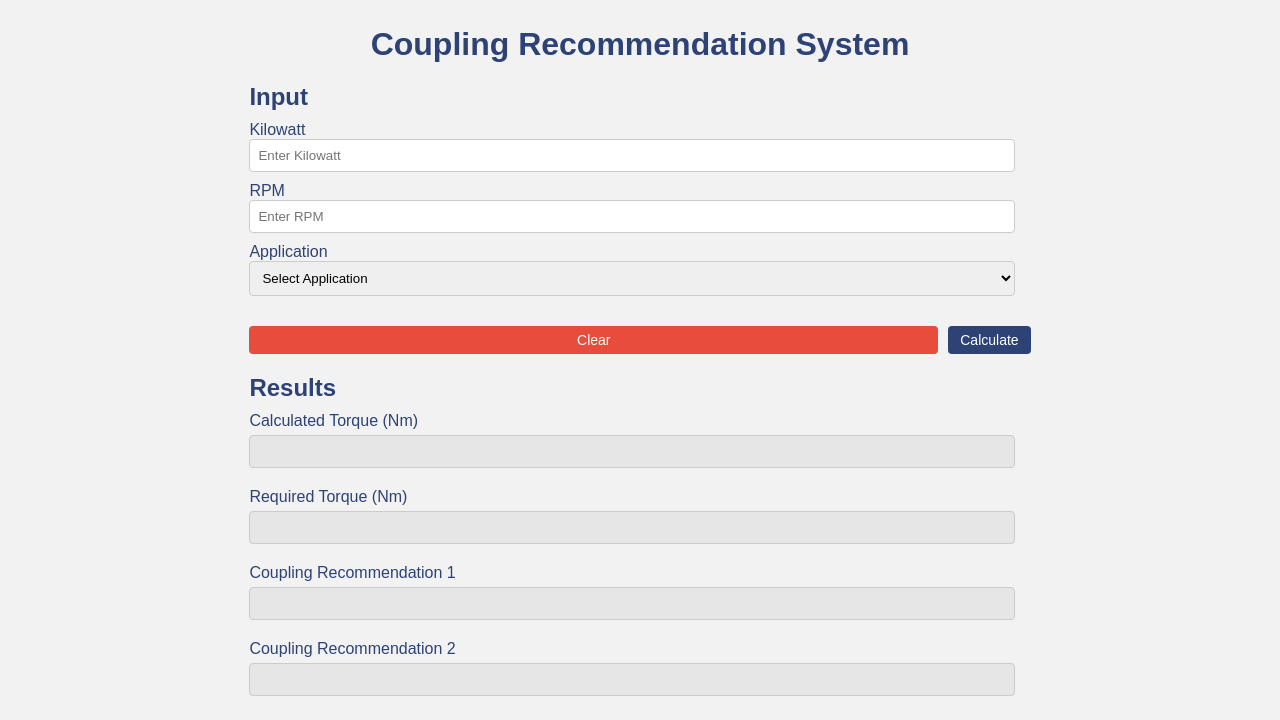
Repository: JustinSadie/calculator
Page: newIndex.html
The author's editor kept a copy of each file at every save. The page is drawn from the files as they stood at one save, then again after the next save.
The browser window is 1280 px wide. The pictures show the whole page.

Above is the page before, as saved 2024-08-25 16:02:43.

### newIndex.html
<!DOCTYPE html>
<html lang="en">
  <head>
    <meta charset="UTF-8" />
    <meta name="viewport" content="width=device-width, initial-scale=1.0" />
    <title>Coupling Recommendation</title>
    <link rel="stylesheet" href="newCSS.css" />
  </head>
  <body>
    <div class="coupling-calculator">
      <h1>Coupling Recommendation System</h1>

      <div class="input-section">
        <h2>Input</h2>
        <label for="kilowatt">Kilowatt</label>
        <input
          type="number"
          id="kilowatt"
          placeholder="Enter Kilowatt"
          required
        />

        <label for="rotationSpeed">RPM</label>
        <input
          type="number"
          id="rotationSpeed"
          placeholder="Enter RPM"
          required
        />

        <label for="application">Application</label>
        <select id="application">
          <option value="">Select Application</option>
          <option value="1.2">Centrifugal Pumps</option>
          <option value="1.2">Fans</option>
          <option value="1.2">Belt Conveyors</option>
          <option value="1.6">Hammermill</option>
          <option value="1.6">Bucket Elevator</option>
          <option value="1.6">Scraper Conveyor</option>
          <option value="2.4">Reciprocating Pump</option>
          <option value="2.4">Compressor(3Cyl or less)</option>
          <option value="2">Crusher</option>
          <option value="2">Calender</option>
          <option value="2">Shaker</option>
          <option value="2">Compressor(4 Cyl or more)</option>
          <option value="4">Steel Mill rolers Tables</option>
          <option value="4">Heavy Reversing Drives</option>
        </select>
        <input
          type="text"
          id="customApplication"
          placeholder="Enter Custom Application"
          style="display: none"
        />

        <div class="button-container">
          <button class="clear" onclick="clearFields()">Clear</button>
          <button onclick="displayResults()">Calculate</button>

        </div>
      </div>

      <div class="output-section">
        <h2>Results</h2>
        <div class="result">
          <label for="torqueResult">Calculated Torque (Nm)</label>
          <input type="text" id="torqueResult" readonly />
        </div>

        <div class="result">
          <label for="coupRat">Required Torque (Nm)</label>
          <input type="text" id="coupRat" readonly />
        </div>

        <div class="result">
          <label for="brCouplingSuggest1">Coupling Recommendation 1</label>
          <input type="text" id="brCouplingSuggest1" readonly />
        </div>

        <div class="result">
          <label for="brCouplingSuggest2">Coupling Recommendation 2</label>
          <input type="text" id="brCouplingSuggest2" readonly />
        </div>
      </div>

      <script src="Coupling generator copy.js"></script>
    </div>
  </body>
</html>

### newCSS.css
/* Overall page styling */
body {
  font-family: Arial, sans-serif;
  margin: 0;
  padding: 0;
  background-color: #f2f2f2;
  color: #2d4275;
  display: flex;
  justify-content: center;
  align-items: center;
  min-height: 100vh;
}

.coupling-caclulator {
  max-width: 50%; /* Make the container half the width of the page */
  margin: 0 auto;
  padding: 20px;
  background-color: #ffffff;
  box-shadow: 0 0 10px rgba(0, 0, 0, 0.1);
  border: 2px solid #2d4275; /* Add border around the container */
  border-radius: 8px;
  box-sizing: border-box; /* Include padding and border in the width */
}

h1 {
  color: #2d4275;
  text-align: center;
  margin-bottom: 20px;
}

/* Input section styling */
.input-section {
  margin-bottom: 20px;
}

.input-section h2 {
  color: #2d4275;
  margin-bottom: 10px;
}

input,
select {
  padding: 8px; /* Make the input fields smaller */
  margin-bottom: 10px;
  width: calc(100% - 16px); /* Adjust width to account for padding and borders */
  border: 1px solid #ccc;
  border-radius: 4px;
  box-sizing: border-box;
}

/* Container for buttons */
.button-container {
  display: grid;
  grid-template-columns: 1fr auto;
  gap: 10px;
  margin-top: 20px;
}

button {
  padding: 6px 12px; /* Adjust padding if needed */
  background-color: #2d4275;
  color: #ffffff;
  border: none;
  border-radius: 4px;
  cursor: pointer;
  font-size: 14px;

}

button:hover {
  background-color: #1a2a4f;
}

/* Small clear button styling */
button.clear {
  padding: 4px 8px; /* Smaller size for the clear button */
  background-color: #e74c3c; /* A red color for the clear button */
  color: #ffffff;
  border: none;
  border-radius: 4px;
  cursor: pointer;
  font-size: 14px; /* Smaller font size */
}

button.clear:hover {
  background-color: #c0392b; /* Darker red for hover effect */
}


/* Output section styling */
.output-section {
  margin-top: 20px;
}

.output-section h2 {
  color: #2d4275;
  margin-bottom: 10px;
}

.result {
  margin-bottom: 10px;
}

.result label {
  display: block;
  margin-bottom: 5px;
  color: #2d4275;
}

.result input {
  padding: 8px; /* Make the output fields smaller */
  border: 1px solid #ccc;
  border-radius: 4px;
  width: calc(100% - 16px); /* Adjust width to account for padding and borders */
  box-sizing: border-box;
  background-color: #f9f9f9;
}

.result input[readonly] {
  background-color: #e6e6e6;
  cursor: not-allowed;
}

### Coupling generator copy.js
lst = [97,128, 164, 187, 215, 255, 271, 314, 355, 428,
    471, 517, 618, 679, 706, 868, 889, 900,
    1089, 1227, 1296, 1392, 1427, 1641, 1768, 2081,
    2150, 2398, 2551, 2837, 3134, 3343, 3536, 3787,
    4274, 4873, 4963, 5326, 5860, 6645, 6721, 6978,
    7234, 8443, 8806, 9071, 9864, 10172, 10811, 11063,
    12835, 13359, 13870, 14165, 16126, 17502, 18434,
    20135, 20684, 21989, 24153, 28155, 28166, 29107,
    35206, 35584, 38136, 38177, 45784, 48006, 50019,
    52525, 55588, 58182, 68818, 72908, 75800, 79879,
    86627, 99418, 100312, 104658, 136282, 136785,
    152552, 178422, 208020, 234914, 366843
]


const bearingData = {
  black: {
    sizes: [97, 164, 271, 471, 679, 1089, 1641, 2551, 3787, 5326, 6721, 8443, 10811, 18434, 29107, 38177, 52525, 79879],
  },
  yellow: {
    sizes: [128, 215, 355, 618, 889, 1427, 2150, 3343, 4963, 6978, 8806, 11063, 14165, 24153, 38136, 50019, 68818, 104658],
  },
  blue: {
    sizes: [187, 314, 517, 900, 1296, 2081, 3134, 4873, 7234, 10172, 12835, 16126, 20684, 35206, 55588, 72908, 100312, 152552],
  },
  green: {
    sizes: [255, 428, 706, 1227, 1768, 2837, 4274, 6645, 9864, 13870, 17502, 21989, 28155, 48006, 75800, 99418, 136785, 208020],
  },
  red: {
    sizes: [517, 868, 1392, 2398, 3536, 5860, 9071, 13359, 20135, 28166, 35584, 45784, 58182, 86627, 136282, 178422, 234914, 366843],
  },
};

const sizeIndex = {
    "BR_95" : 0,
   "BR_115" : 1,
   "BR_135" : 2,
   "BR_155" : 3,
   "BR_179" : 4,
   "BR_206" : 5,
   "BR_236" : 6,
   "BR_276" : 7,
   "BR_306" : 8,
   "BR_336" : 9,
   "BR_366" : 10,
   "BR_406" : 11,
   "BR_446" : 12,
   "BR_506" : 13,
   "BR_556" : 14,
   "BR_636" : 15,
   "BR_716" : 16,
   "BR_826" : 17,
}


function calculateTorque(){
    var kilowatt = document.getElementById("kilowatt").value;
    var rotationSpeed = document.getElementById("rotationSpeed").value;
    var torque = ((kilowatt *  9550)/rotationSpeed);
    torqueResult = torque.toFixed(2) + " (Nm)";
    return {
        torqueresultText: torqueResult,
        torqueResultNumeric: torque,
    };

}

function getSafetyFactorValue(){
    var serviceFactor = document.getElementById("application").value;
    var customServiceFactor = document.getElementById("customApplication").value.trim();

    if (customServiceFactor) {
        return customServiceFactor;
    } else if (serviceFactor && serviceFactor !== "default") {
        return serviceFactor;
    } else {
        throw new Error("Please select an application or enter a custom application.");
    }
};


function calculateAndSetCouplingRating() {
    try {
        var torque = calculateTorque().torqueResultNumeric;
        var serviceFactor = getSafetyFactorValue();

        if (isNaN(serviceFactor)) {
            throw new Error("Invalid service factor input");
        }
        var couplingRating = Math.round(torque * serviceFactor);
        var couplingRatingResult = couplingRating + " (Nm)";

        return {
            couplingRatingText: couplingRatingResult,
            couplingRatingNumeric: couplingRating,
        };
    } catch (error) {
        console.error("Error in calculateAndSetCouplingRating:", error.message);
        return {
            error: error.message,
        };
    }
}



function nextNearestValue() {

    x = calculateAndSetCouplingRating().couplingRatingNumeric;

    for(const elem of lst){
        if(x <= elem) {
            const nextIndex = lst.indexOf(elem) + 1;
            if (nextIndex < lst.length) {
                return {
                    firstRecommendation : elem,
                    secondrecommendation : lst[nextIndex],
                };
            }
        }
    }
    return {
        firstRecommendation : elem,
        secondrecommendation : "none",
    }
}

function safetyFactor(nnv,torque){
    return (nnv/torque).toFixed(2);
}

function findColorAndSize(value) {
    for (const color in bearingData) {
      const sizes = bearingData[color].sizes;
      const index = sizes.indexOf(value);
      if (index !== -1) {
        const sizeKey = Object.keys(sizeIndex).find((key) => sizeIndex[key] === index);
        return {
          color: color,
          size: sizeKey,
        };
      }
    }
    return null;
}



function displayResults(){
    var newVal = calculateAndSetCouplingRating();
    document.getElementById('torqueResult').value=calculateTorque().torqueresultText;
    document.getElementById('coupRat').value=calculateAndSetCouplingRating().couplingRatingText;

    document.getElementById('brCouplingSuggest1').value=findColorAndSize(nextNearestValue().firstRecommendation).size + " - " + findColorAndSize(nextNearestValue().firstRecommendation).color;
    document.getElementById('brCouplingSuggest2').value=findColorAndSize(nextNearestValue().secondrecommendation).size + " - " + findColorAndSize(nextNearestValue().secondrecommendation).color;
    document.getElementById('sfCouplingSuggest1').value=safetyFactor(nextNearestValue().firstRecommendation, calculateTorque().torqueResultNumeric);
    document.getElementById('sfCouplingSuggest2').value=safetyFactor(nextNearestValue().secondrecommendation, calculateTorque().torqueResultNumeric);
}


function clearTable(){
    document.getElementById('kilowatt').value="";
    document.getElementById('rotationSpeed').value="";
    document.getElementById('serviceFactor').value="";
    document.getElementById('torqueResult').value="";
    document.getElementById('coupRat').value="";
    document.getElementById('brCouplingSuggest1').value="";
    document.getElementById('brCouplingSuggest2').value="";
}

function validateInput(inputId) {
    var inputElement = document.getElementById(inputId);
    var inputValue = inputElement.value.trim();

    if (inputValue === "") {
        alert("Input cannot be empty.");
        return false;
    }

    if (!/^\d+$/.test(inputValue)) {
        alert("Input must contain only numbers.");
        return false;
    }

    return true;
}

function validateForm() {
    if (!validateInput("kilowatt") || !validateInput("rotationSpeed")) {
        return false;
    }
    return true;
}

After the next save:
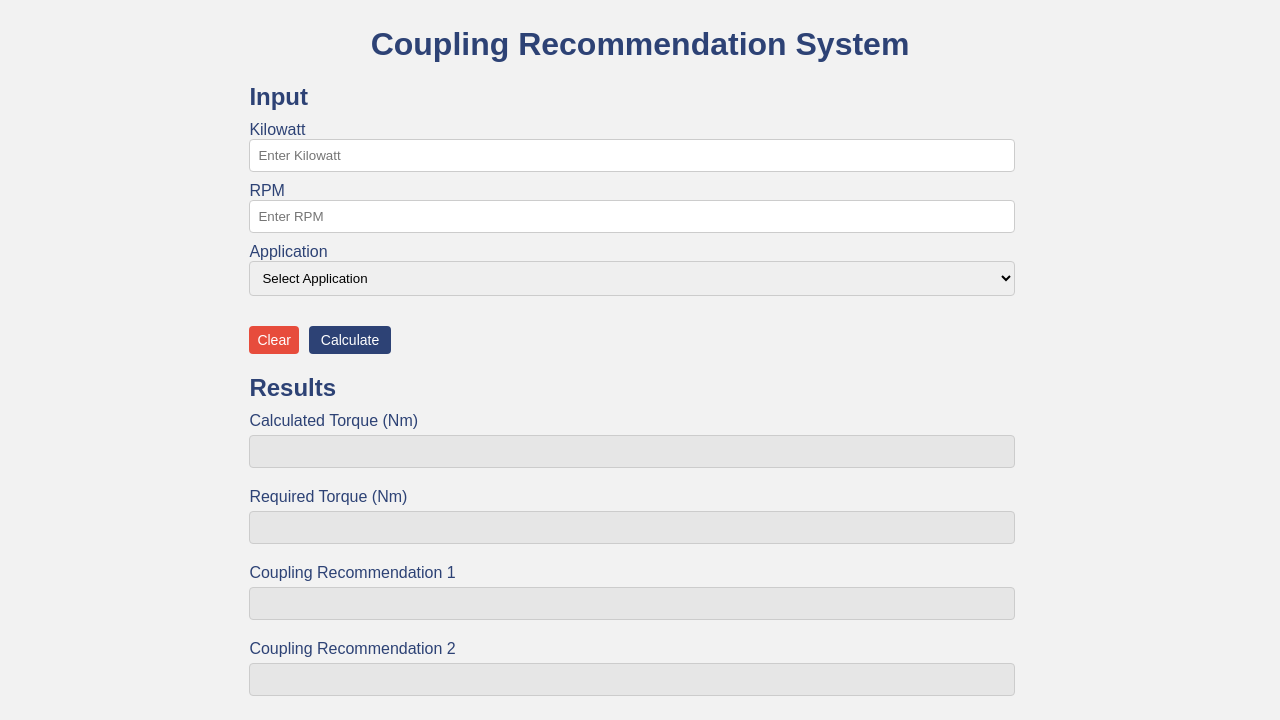
Saved 3 min 32 s later.
--- a/newCSS.css
+++ b/newCSS.css
@@ -50,7 +50,7 @@ select {
 
 /* Container for buttons */
 .button-container {
-  display: grid;
+  display: flex;
   grid-template-columns: 1fr auto;
   gap: 10px;
   margin-top: 20px;
